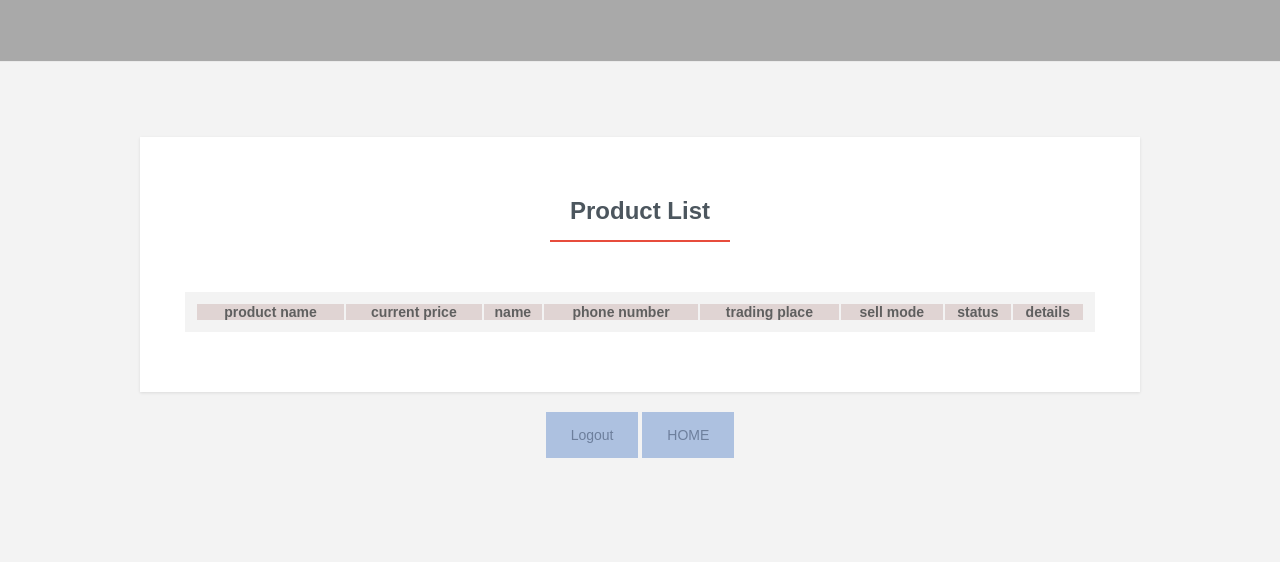
Repository: 0suh/SKKU_Web_project
Page: http://localhost/2018312257_YoungSuhChin_project/productlist.jsp
The author's editor kept a copy of each file at every save. The page is drawn from the files as they stood at one save, then again after the next save.
The browser window is 1280 px wide. The pictures show the whole page.
The page is served by Tomcat 9. Queries for data that is not in the repository find no rows.

Above is the page before, as saved 2020-12-21 07:09:56.

After the next save:
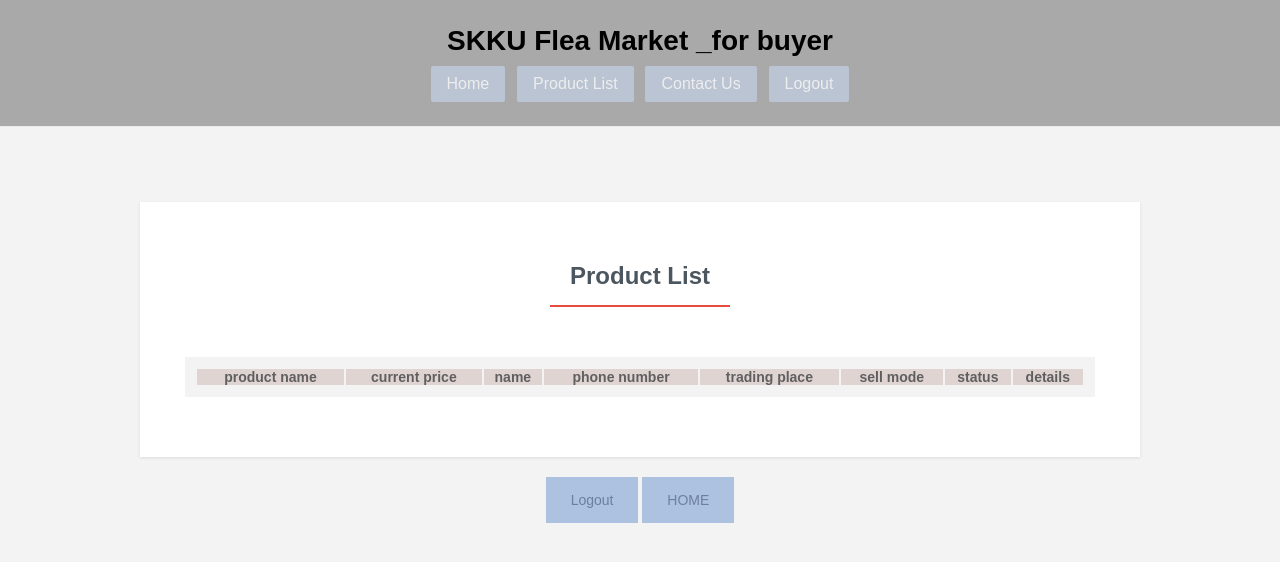
Saved 63 s later.
--- a/FinalProject/2018312257_YoungSuhChin_project/WebContent/productlist.jsp
+++ b/FinalProject/2018312257_YoungSuhChin_project/WebContent/productlist.jsp
@@ -13,8 +13,14 @@
 </head>
 <body>
 <ul>
-<li></li>
+<h1>SKKU Flea Market _for buyer</h1>
+
+<li><a href="welcomebuyer.jsp">Home</a></li>
+<li><a href="productlist.jsp">Product List</a></li>
+<li><a href="contact.jsp">Contact Us</a></li>
+<li><a href="logout.jsp">Logout</a></li>
 </ul>
+
 
 <div class="main-content">
 <%
